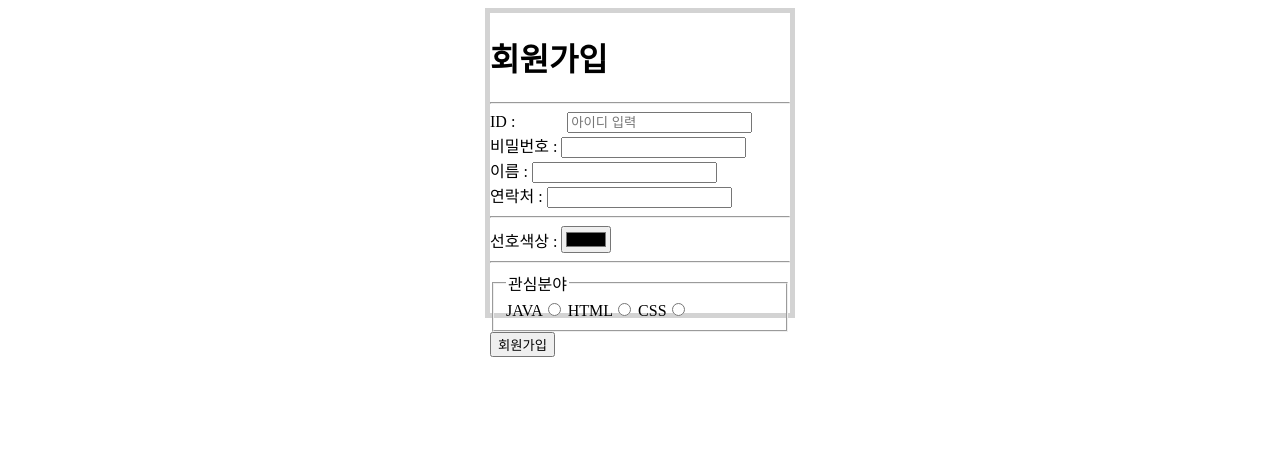
Repository: dychung1021/newrepository
Page: http://localhost/JSP05/
An editor plug-in stored every save of this project. The page is shown before and after the next save, followed by the edit.
The browser window is 1280 px wide. The pictures show the whole page.
The page is served by Tomcat 9.

Above is the page before, as saved 2024-05-10 05:17:56.

After the next save:
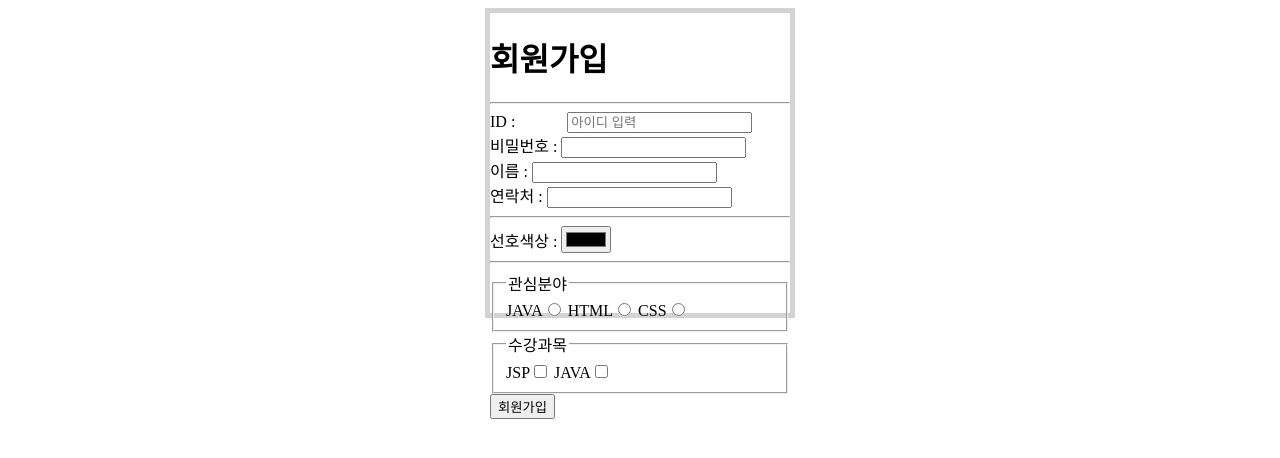
Saved 2 min 2 s later.
--- a/JSP/JSP05/src/main/webapp/index.jsp
+++ b/JSP/JSP05/src/main/webapp/index.jsp
@@ -37,6 +37,11 @@
 					HTML<input type="radio" name="subject" value="html">
 					CSS<input type="radio" name="subject" value="css">
 				</fieldset>
+				<fieldset>
+					<legend>수강과목</legend>
+					JSP<input type="checkbox" name="jsp">
+					JAVA<input type="checkbox" name="java">
+				</fieldset>
 				<input type="submit" value="회원가입">
 			</form>
 
